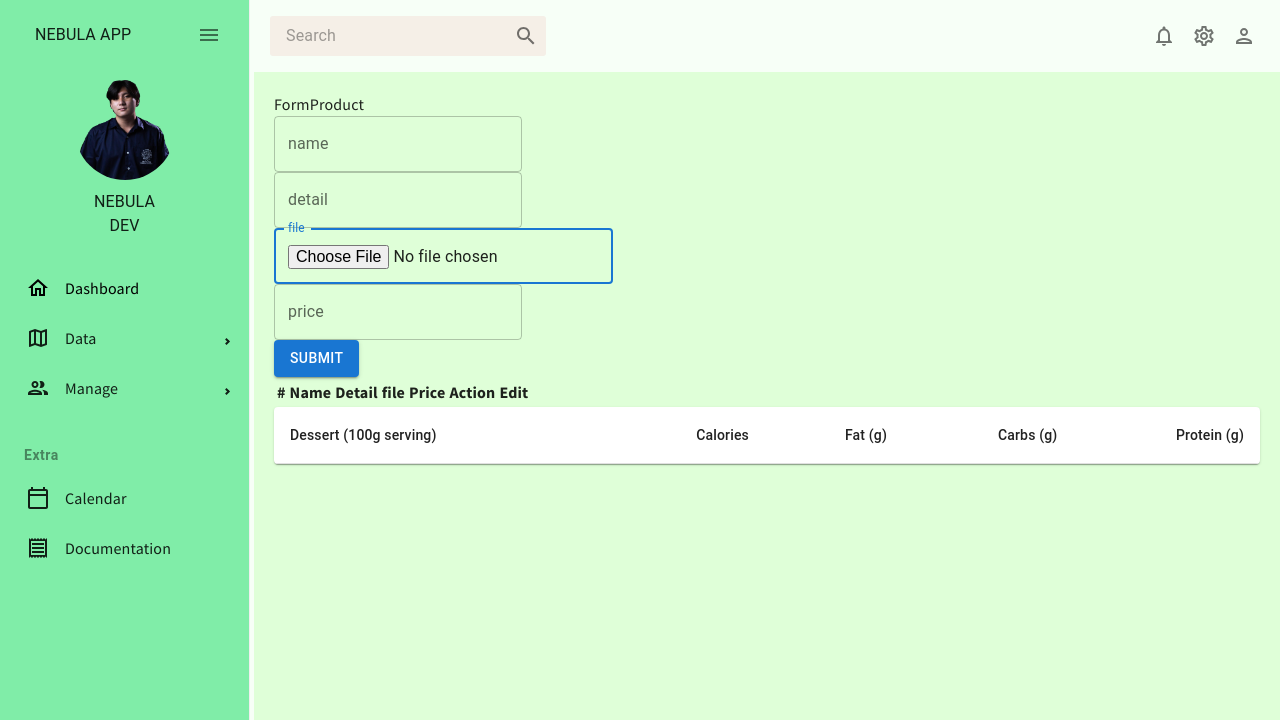
Repository: supakorn5039-boon/MERN
Page: /admin/viewtable (app in client/)
An editor plug-in stored every save of this project. The page is shown before and after the next save, followed by the edit.
The browser window is 1280 px wide. The pictures show the whole page.
The page's requests for data from a server got no answer. The project was rebuilt for these pictures with package versions that can differ from the ones it lists, and the page was loaded fresh each time. No one was signed in, and anything a server would have sent is missing. Also part of the build but not shown: client/src/App.css, client/src/components/FormEditProducts.jsx.

Above is the page before, as saved 2023-11-01 14:28:49.

### client/src/index.css
@import url("https://fonts.googleapis.com/css2?family=Source+Sans+Pro:wght@400;600;700&display=swap");

html,
body,
#root,
.app,
.content {
  height: 100%;
  width: 100%;
  font-family: "Source Sans Pro", sans-serif;
  background-color: #f7fff7;
  overflow: hidden;
}
.content_body {
  background-color: rgb(223, 255, 216);
  width: 100%;
  height: 90%;
  overflow: scroll;
}
.app {
  display: flex;
  position: relative;
}
.menu-bars {
  text-decoration: none;
  color: #000;
}
::-webkit-scrollbar {
  width: 10px;
}

::-webkit-scrollbar-track {
  background: #e0e0e0;
}

::-webkit-scrollbar-thumb {
  background: #888;
}

::-webkit-scrollbar-thumb:hover {
  background: #555;
}

### client/src/App.js
import "./App.css";
import { BrowserRouter, Route, Routes } from "react-router-dom";
import FormProduct from "./components/FormProduct";
import FormEditProducts from "./components/FormEditProducts";

//Layout

import HeaderBar from "./layout/HeaderBar";
import SideBar from "./layout/SideBar";
import { CssBaseline, Box } from "@mui/material";

function App() {
  return (
    <BrowserRouter>
      <>
        <CssBaseline />
        <div className="app">
          <SideBar />
          <main className="content">
            <HeaderBar />
            <div className="content_body">
              <Box m="20px">
                <Routes>
                  <Route path="/admin/viewtable" element={<FormProduct />} />
                  <Route path="/edit/:id" element={<FormEditProducts />} />
                </Routes>
              </Box>
            </div>
          </main>
        </div>
      </>
    </BrowserRouter>
  );
}

export default App;

### client/src/components/FormProduct.js
import React, { useState, useEffect } from "react";
import { remove, create, getdata } from "../functions/product";
import { Box, Button, TextField } from "@mui/material";

import Table from "@mui/material/Table";
import TableBody from "@mui/material/TableBody";
import TableCell from "@mui/material/TableCell";
import TableContainer from "@mui/material/TableContainer";
import TableHead from "@mui/material/TableHead";
import TableRow from "@mui/material/TableRow";
import Paper from "@mui/material/Paper";

import { Link } from "react-router-dom";

const FormProduct = () => {
  const [data, setData] = useState([]);
  const [form, setForm] = useState([]);

  useEffect(() => {
    loadData();
  }, []);

  // Pull the data from backend  show on frontend  below
  const loadData = async () => {
    getdata()
      .then((res) => setData(res.data))
      .catch((err) => console.log(err));
  };

  const handleChange = (e) => {
    if (e.target.name === "file") {
      setForm({
        // ... copy function inside of useState in form if [] it's mean nothing
        ...form,
        [e.target.name]: e.target.files[0],
      });
    } else {
      setForm({
        ...form,
        [e.target.name]: e.target.value,
      });
    }
  };

  //Submit type and collect to backend
  const handleSubmit = async (e) => {
    e.preventDefault();

    const formWithImageData = new FormData();
    for (const key in form) {
      formWithImageData.append(key, form[key]);
    }

    create(formWithImageData)
      .then((res) => {
        console.log(res.data);

        // use data in submit show to frontend
        loadData();
      })
      .catch((err) => console.log(err));
  };
  const handleRemove = async (id) => {
    remove(id)
      .then((res) => {
        console.log(res);
        loadData();
      })
      .catch((err) => console.log(err));
  };

  // Webpage
  return (
    <div>
      FormProduct
      <form onSubmit={handleSubmit} encType="multipart/form-data">
        <div>
          <TextField
            id="outlined-basic"
            label="name"
            name="name"
            onChange={(e) => handleChange(e)}
            variant="outlined"
          />
        </div>
        <div>
          <TextField
            id="outlined-basic"
            label="detail"
            name="detail"
            onChange={(e) => handleChange(e)}
            variant="outlined"
          />
        </div>

        <div>
          <TextField
            type="file"
            id="outlined-basic"
            label="file"
            name="file"
            onChange={(e) => handleChange(e)}
            variant="outlined"
            focused
          />
        </div>

        <div>
          <TextField
            type="number"
            id="outlined-basic"
            label="price"
            name="price"
            onChange={(e) => handleChange(e)}
            variant="outlined"
          />
        </div>
        <Button variant="contained">Submit</Button>
      </form>
      <table className="table">
        <thead>
          <tr>
            <th scope="col">#</th>
            <th scope="col">Name</th>
            <th scope="col">Detail</th>
            <th scope="col">file</th>
            <th scope="col">Price</th>
            <th scope="col">Action</th>
            <th scope="col">Edit</th>
          </tr>
        </thead>
        <tbody></tbody>
      </table>
      <TableContainer component={Paper}>
        <Table sx={{ minWidth: 650 }} aria-label="simple table">
          <TableHead>
            <TableRow>
              <TableCell>Dessert (100g serving)</TableCell>
              <TableCell align="right">Calories</TableCell>
              <TableCell align="right">Fat&nbsp;(g)</TableCell>
              <TableCell align="right">Carbs&nbsp;(g)</TableCell>
              <TableCell align="right">Protein&nbsp;(g)</TableCell>
            </TableRow>
          </TableHead>
          <TableBody>
            {data
              ? data.map((item, index) => (
                  <TableRow
                    key={index}
                    sx={{ "&:last-child td, &:last-child th": { border: 0 } }}
                  >
                    <TableCell>{index + 1}</TableCell>
                    <TableCell>{item.name}</TableCell>
                    <TableCell>{item.detail}</TableCell>
                    <TableCell>{item.file}</TableCell>
                    <TableCell>{item.price}</TableCell>
                    <TableCell
                      style={{ cursor: "pointer", color: "red" }}
                      onClick={() => handleRemove(item._id)}
                    >
                      Delete
                    </TableCell>
                    <td>
                      <Link to={"/edit/" + item._id}>Edit</Link>
                    </td>
                  </TableRow>
                ))
              : null}
          </TableBody>
        </Table>
      </TableContainer>
    </div>
  );
};

export default FormProduct;

### client/src/layout/HeaderBar.js
import react, { useState } from "react";
import { Box, IconButton, Menu, MenuItem } from "@mui/material";
import InputBase from "@mui/material/InputBase";
import NotificationsOutlinedIcon from "@mui/icons-material/NotificationsOutlined";
import SettingsOutlinedIcon from "@mui/icons-material/SettingsOutlined";
import PersonOutlinedIcon from "@mui/icons-material/PersonOutlined";
import SearchIcon from "@mui/icons-material/Search";
import { Link } from "react-router-dom";

const HeaderBar = () => {
  const [anchorEl, setAnchorEl] = useState(null);

  const handleMenu = (event) => {
    setAnchorEl(event.currentTarget);
  };

  const handleClose = () => {
    setAnchorEl(null);
  };
  return (
    <Box display="flex" justifyContent="space-between" p={2}>
      {/* search  */}
      <Box display="flex" borderRadius="3px" backgroundColor="#F5EFE7">
        <InputBase sx={{ ml: 2, flex: 1 }} placeholder="Search" />
        <IconButton type="button" sx={{ p: 1 }}>
          <SearchIcon />
        </IconButton>
      </Box>

      {/* icons */}
      <Box display="flex">
        <IconButton>
          <NotificationsOutlinedIcon />
        </IconButton>
        <IconButton>
          <SettingsOutlinedIcon />
        </IconButton>
        <IconButton>
          <PersonOutlinedIcon onClick={handleMenu} />
          <Menu
            id="menu-appbar"
            anchorEl={anchorEl}
            anchorOrigin={{
              vertical: "top",
              horizontal: "right",
            }}
            keepMounted
            transformOrigin={{
              vertical: "top",
              horizontal: "right",
            }}
            open={Boolean(anchorEl)}
            onClose={handleClose}
          >
            <Link to="#" className="menu-bars">
              <MenuItem onClick={handleClose}>Profile</MenuItem>
            </Link>
            <Link to="#" className="menu-bars">
              <MenuItem onClick={handleClose}>My account</MenuItem>
            </Link>
          </Menu>
        </IconButton>
      </Box>
    </Box>
  );
};

export default HeaderBar;

### client/src/layout/SideBar.js
import React, { useState } from "react";
import {
  Sidebar,
  Menu,
  MenuItem,
  SubMenu,
  SidebarFooter,
} from "react-pro-sidebar";
import { Box, IconButton, Typography, useTheme, Badge } from "@mui/material";
import { Link } from "react-router-dom";

import HomeOutlinedIcon from "@mui/icons-material/HomeOutlined";
import PeopleOutlinedIcon from "@mui/icons-material/PeopleOutlined";
import ReceiptOutlinedIcon from "@mui/icons-material/ReceiptOutlined";
import CalendarTodayOutlinedIcon from "@mui/icons-material/CalendarTodayOutlined";
import BarChartOutlinedIcon from "@mui/icons-material/BarChartOutlined";
import PieChartOutlineOutlinedIcon from "@mui/icons-material/PieChartOutlineOutlined";
import MenuOutlinedIcon from "@mui/icons-material/MenuOutlined";
import MapOutlinedIcon from "@mui/icons-material/MapOutlined";
import TableViewIcon from "@mui/icons-material/TableView";
const SideBar = () => {
  const [isCollapsed, setisCollapsed] = useState(false);
  const [toggled, setToggled] = useState(false);
  const [broken, setBroken] = useState(false);

  return (
    <div
      style={{
        display: "flex",
        height: "100%",
      }}
    >
      <Sidebar
        collapsed={isCollapsed}
        toggled={toggled}
        onBackdropClick={() => setToggled(false)}
        onBreakPoint={setBroken}
        backgroundColor="#80EDA8"
        breakPoint="md"
        style={{ height: "100%" }}
      >
        <div
          style={{ display: "flex", flexDirection: "column", height: "100%" }}
        >
          <div style={{ flex: 1, marginBottom: "32px" }}>
            <Menu iconShape="square">
              {/* LOGO */}
              <MenuItem
                onClick={() => setisCollapsed(!isCollapsed)}
                icon={isCollapsed ? <MenuOutlinedIcon /> : undefined}
                style={{
                  margin: "10px 0 20px 0",
                }}
              >
                {!isCollapsed && (
                  <Box
                    display="flex"
                    justifyContent="space-between"
                    alignItems="center"
                    ml="15px"
                  >
                    <Typography>NEBULA APP</Typography>
                    <IconButton onClick={() => setisCollapsed(!isCollapsed)}>
                      <MenuOutlinedIcon />
                    </IconButton>
                  </Box>
                )}
              </MenuItem>
              {!isCollapsed && (
                <Box mb="25px">
                  <Box
                    display="flex"
                    justifyContent="center"
                    alignItems="center"
                  >
                    <img
                      alt="profile-user"
                      width="100px"
                      height="100px"
                      src={`/assets/Photo.png`}
                      style={{ cursor: "pointer", borderRadius: "50%" }}
                    />
                  </Box>
                  <Box textAlign="center">
                    <Typography sx={{ m: "10px 0 0 0" }}>NEBULA</Typography>
                    <Typography>DEV </Typography>
                  </Box>
                </Box>
              )}

              <Link to="/admin" className="menu-bars">
                <MenuItem icon={<HomeOutlinedIcon />}>Dashboard</MenuItem>
              </Link>

              <SubMenu icon={<MapOutlinedIcon />} label="Data">
                <Link to={"/admin/viewtable"} className="menu-bars">
                  <MenuItem icon={<TableViewIcon />}>Table</MenuItem>
                </Link>
                <MenuItem icon={<BarChartOutlinedIcon />}>
                  {" "}
                  Line charts
                </MenuItem>
              </SubMenu>

              <SubMenu label="Manage" icon={<PeopleOutlinedIcon />}>
                <Link to={"/admin/manage"} className="menu-bars">
                  <MenuItem>User</MenuItem>
                </Link>
                <MenuItem> Admin</MenuItem>
              </SubMenu>
            </Menu>

            <div
              style={{
                padding: "0 24px",
                marginBottom: "8px",
                marginTop: "32px",
              }}
            >
              <Typography
                variant="body2"
                fontWeight={600}
                style={{
                  opacity: isCollapsed ? 0 : 0.5,
                  letterSpacing: "0.5px",
                }}
              >
                Extra
              </Typography>
            </div>

            <Menu>
              <MenuItem icon={<CalendarTodayOutlinedIcon />}>Calendar</MenuItem>
              <MenuItem icon={<ReceiptOutlinedIcon />}>Documentation</MenuItem>
            </Menu>
          </div>
        </div>
      </Sidebar>
      <main>
        <div style={{ padding: "16px 2px ", color: "#44596e" }}>
          <div style={{ marginBottom: "16px" }}>
            {broken && (
              <IconButton onClick={() => setToggled(!toggled)}>
                <MenuOutlinedIcon />
              </IconButton>
            )}
          </div>
        </div>
      </main>
    </div>
  );
};
export default SideBar;

### client/src/functions/product.js
import axios from "axios";
import { appCheck, getToken } from "../firebase";

const GenerateToken = async () => {
  try {
    const token = await getToken(appCheck);
    return token;
  } catch (err) {
    console.log(err);
    return null;
  }
};

export const remove = async (id) =>
  await axios.delete(process.env.REACT_APP_API + "/product/" + id);

export const create = async (data) =>
  await axios.post(process.env.REACT_APP_API + "/product", data);

export const getdata = async () => {
  const boon = await GenerateToken();
  console.log("boon token", boon);
  return await axios.get(process.env.REACT_APP_API + "/product", {
    headers: {
      "X-Firebase-AppCheck": boon.token,
    },
  });
};

export const read = async (id) => {
  return await axios.get(process.env.REACT_APP_API + "/product/" + id);
};

export const updated = async (id, data) => {
  return await axios.put(process.env.REACT_APP_API + "/product/" + id, data);
};

### client/src/firebase.js
import { initializeApp } from "firebase/app";
import { getAnalytics } from "firebase/analytics";
import {
  initializeAppCheck,
  ReCaptchaV3Provider,
  getToken,
} from "firebase/app-check";

const firebaseConfig = {
  apiKey: "AIzaSyBBM6ayVSyx_ET3Nlx3cLt0ngnVWywZbPM",
  authDomain: "ws-ac-de4c7.firebaseapp.com",
  projectId: "ws-ac-de4c7",
  storageBucket: "ws-ac-de4c7.appspot.com",
  messagingSenderId: "289463955788",
  appId: "1:289463955788:web:0a17ed261d7a3b6a8edfe9",
  measurementId: "G-FX5SNJL1DR",
};

// Initialize Firebase
const app = initializeApp(firebaseConfig);
const analytics = getAnalytics(app);

const appCheck = initializeAppCheck(app, {
  provider: new ReCaptchaV3Provider("6Leql-IoAAAAAA7WR4PGgxlusjWs3nhkkHNlLg7r"),

  // Optional argument. If true, the SDK automatically refreshes App Check
  // tokens as needed.
  isTokenAutoRefreshEnabled: true,
});

export { appCheck, getToken };

Loaded but not shown: client/public/index.html (common file); client/src/index.js (common file); client/src/reportWebVitals.js (common file)

After the next save:
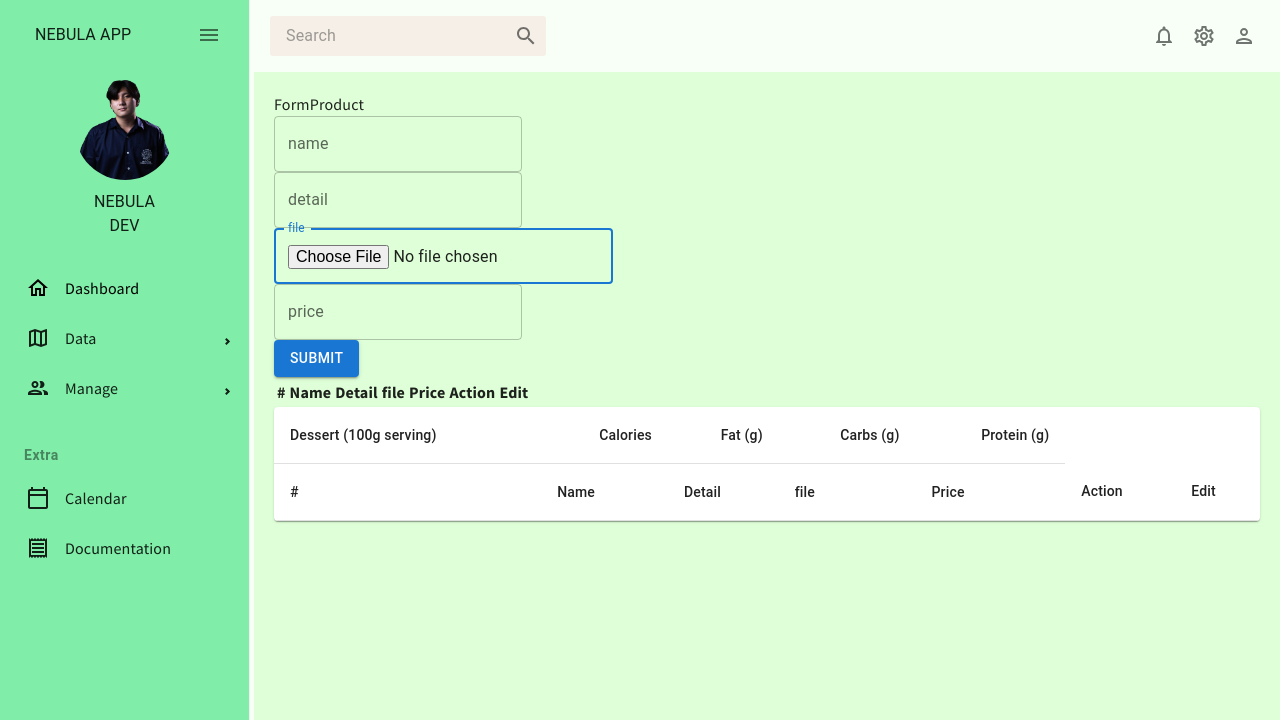
Saved 3 min 27 s later.
--- a/client/src/components/FormProduct.js
+++ b/client/src/components/FormProduct.js
@@ -141,6 +141,15 @@ const FormProduct = () => {
               <TableCell align="right">Carbs&nbsp;(g)</TableCell>
               <TableCell align="right">Protein&nbsp;(g)</TableCell>
             </TableRow>
+            <TableRow>
+              <TableCell scope="col">#</TableCell>
+              <TableCell scope="col">Name</TableCell>
+              <TableCell scope="col">Detail</TableCell>
+              <TableCell scope="col">file</TableCell>
+              <TableCell scope="col">Price</TableCell>
+              <TableCell scope="col">Action</TableCell>
+              <TableCell scope="col">Edit</TableCell>
+            </TableRow>
           </TableHead>
           <TableBody>
             {data
